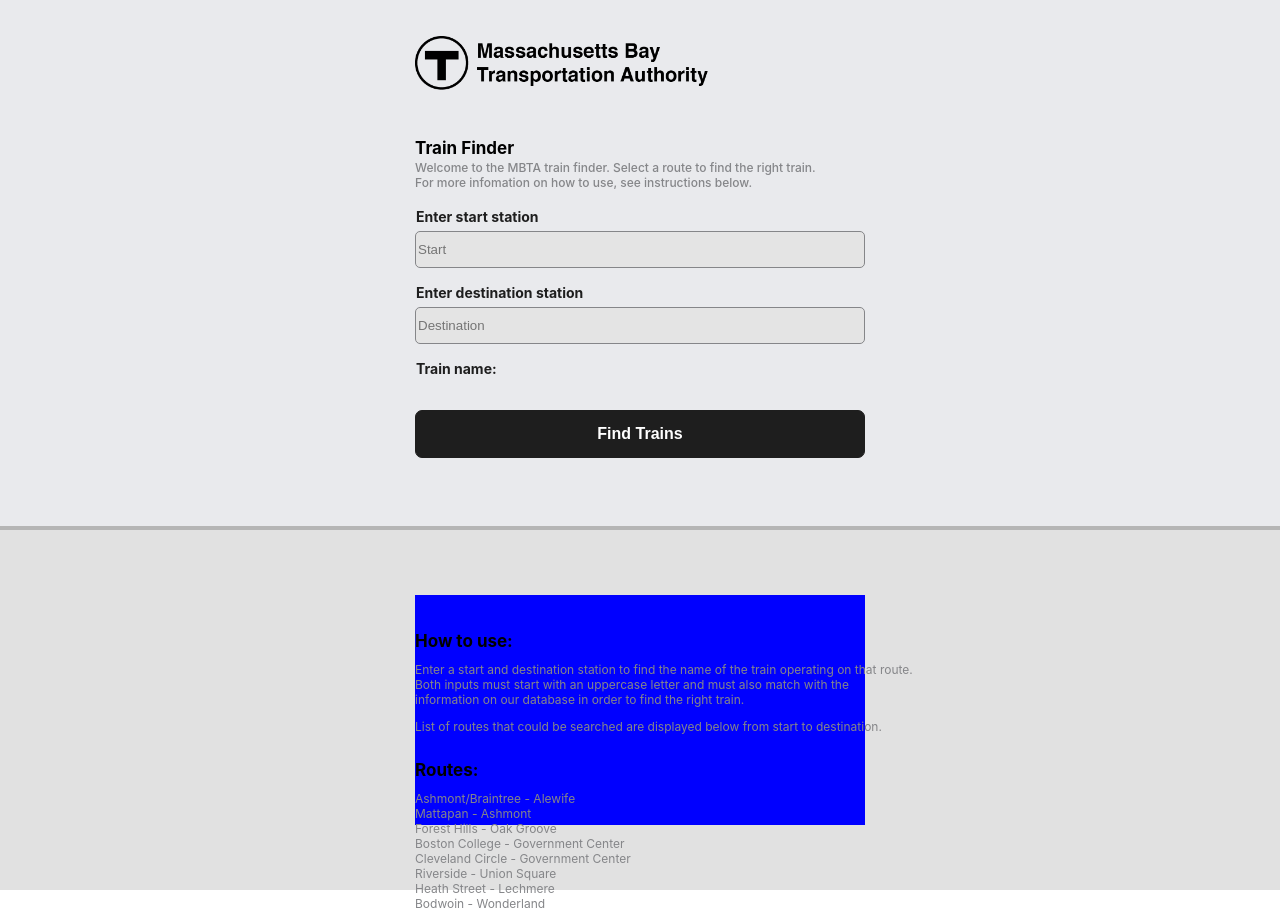
Repository: jumadesigns/mbta-train-finder
Page: / (app in mbta-app/)
An editor plug-in stored every save of this project. The page is shown before and after the next save, followed by the edit.
The browser window is 1280 px wide. The pictures show the whole page.
The page's requests for data from a server got no answer. The project was rebuilt for these pictures with package versions that can differ from the ones it lists, and the page was loaded fresh each time. No one was signed in, and anything a server would have sent is missing.

Above is the page before, as saved 2022-09-26 21:50:28.

After the next save:
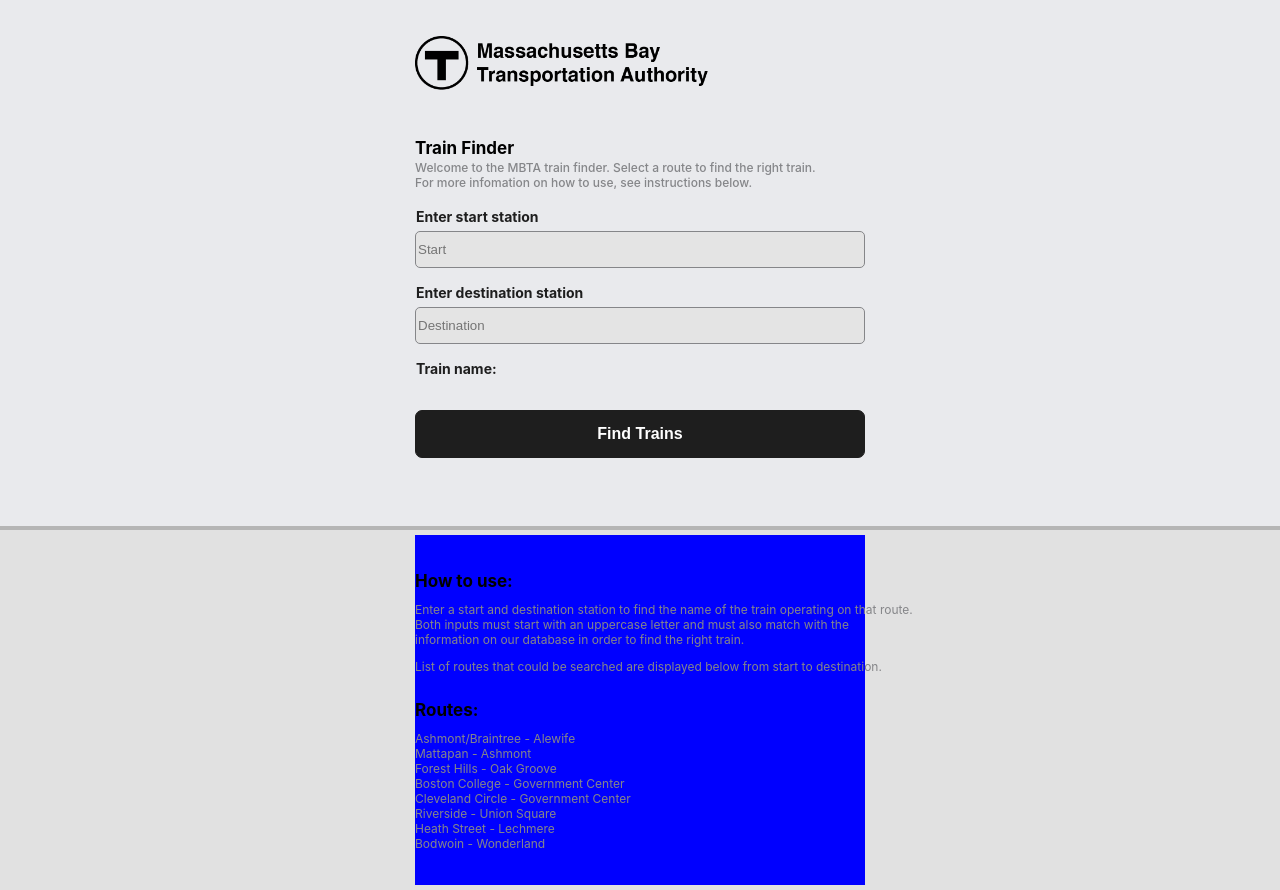
Saved 24 s later.
--- a/mbta-app/src/index.css
+++ b/mbta-app/src/index.css
@@ -127,7 +127,7 @@
 }
 
 .bottom-center-div {
-  height: 230px;
+  height: 350px;
   width: 450px;
   margin-top: 0vh;
   background-color: blue;
